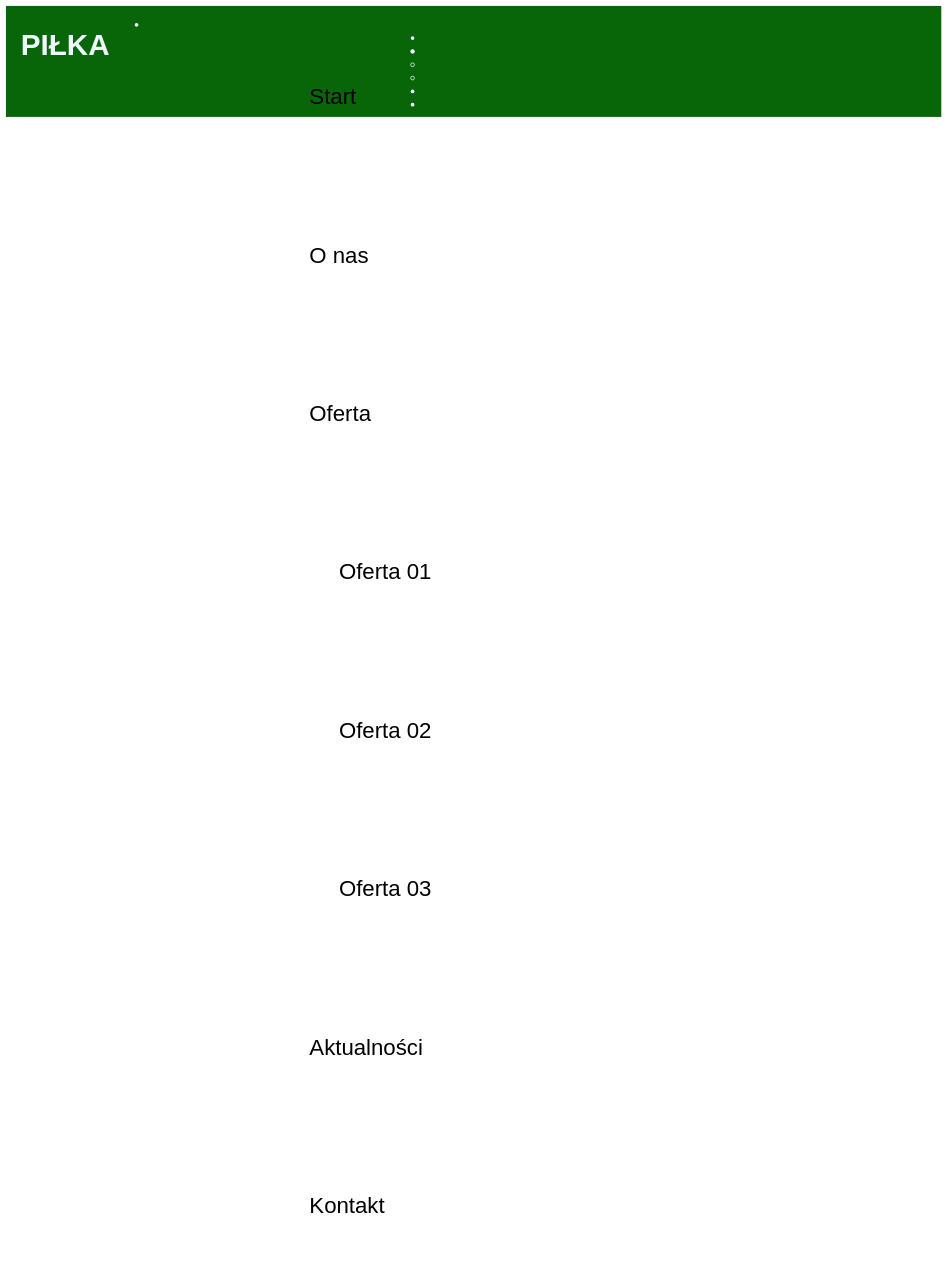
Repository: ZABA78/PAZW
Page: index.html
The author's editor kept a copy of each file at every save. The page is drawn from the files as they stood at one save, then again after the next save.
The browser window is 1280 px wide. The pictures show the whole page, at 74% of full size.
Some web fonts or font styles are not loaded; a fallback is used.

Above is the page before, as saved 2023-10-17 14:25:11.

After the next save:
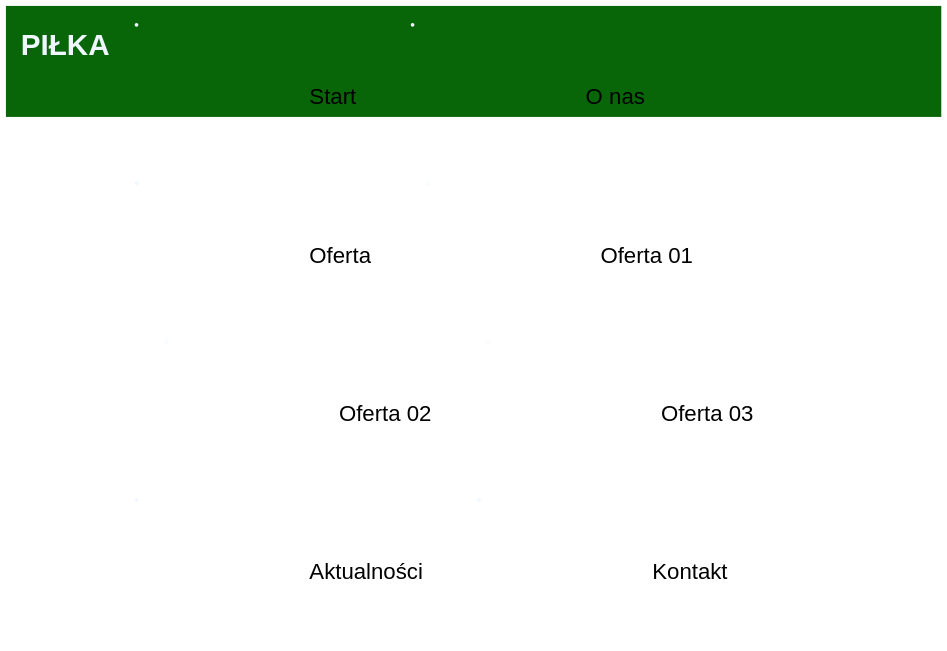
Saved 61 s later.
--- a/style.css
+++ b/style.css
@@ -32,3 +32,7 @@ text-decoration: none;
 color: black;
 font-size: 30px;
 }
+nav ul li {
+	float: left;
+	position: relative;
+}
